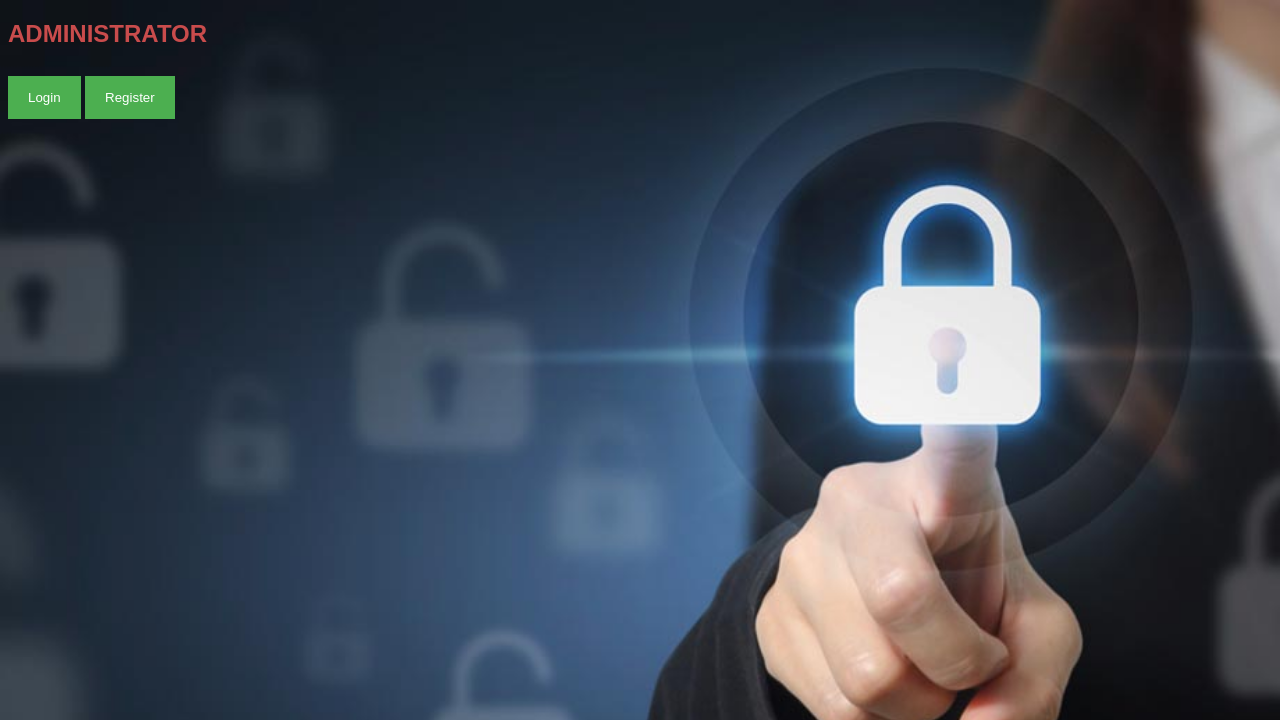
Repository: Malz6/DBMS-ActivityTracking
Page: dbs/WebContent/admin.html
These files come from the project's save history. The page is drawn as it stood at one moment and after the next save; the edit follows.
The browser window is 1280 px wide. The pictures show the whole page.

Above is the page before, as saved 2019-12-12 15:52:30.

### dbs/WebContent/admin.html
<!DOCTYPE html>
<html>
<head>
<meta name="viewport" content="width=device-width, initial-scale=1">
<style>
body {font-family: Arial, Helvetica, sans-serif;background-image: url('3.jpg');
  	background-repeat: no-repeat;
 	background-attachment: fixed;
 	background-size: cover;
 	color: rgb(201, 76, 76);}
/* Full-width input fields */
input[type=text], input[type=password] {
  width: 100%;
  padding: 12px 20px;
  margin: 8px 0;
  display: inline-block;
  border: 1px solid #ccc;
  box-sizing: border-box;
}
/* Set a style for all buttons */
button {
  background-color: #4CAF50;
  color: white;
  padding: 14px 20px;
  margin: 8px 0;
  border: none;
  cursor: pointer;
  width: 100%;
}
button:hover {
  opacity: 0.8;
}
/* Extra styles for the cancel button */
.cancelbtn {
  width: auto;
  padding: 10px 18px;
  background-color: #f44336;
}
/* Center the image and position the close button */
.imgcontainer {
  text-align: center;
  margin: 24px 0 12px 0;
  position: relative;
}
img.avatar {
  width: 40%;
  border-radius: 50%;
}
.container {
  padding: 16px;
}
span.psw {
  float: right;
  padding-top: 16px;
}
/* The Modal (background) */
.modal {
  display: none; /* Hidden by default */
  position: fixed; /* Stay in place */
  z-index: 1; /* Sit on top */
  left: 0;
  top: 0;
  width: 100%; /* Full width */
  height: 100%; /* Full height */
  overflow: auto; /* Enable scroll if needed */
  background-color: rgb(0,0,0); /* Fallback color */
  background-color: rgba(0,0,0,0.4); /* Black w/ opacity */
  padding-top: 60px;
}
/* Modal Content/Box */
.modal-content {
  background-color: #fefefe;
  margin: 5% auto 15% auto; /* 5% from the top, 15% from the bottom and centered */
  border: 1px solid #888;
  width: 80%; /* Could be more or less, depending on screen size */
}
/* The Close Button (x) */
.close {
  position: absolute;
  right: 25px;
  top: 0;
  color: #000;
  font-size: 35px;
  font-weight: bold;
}
.close:hover,
.close:focus {
  color: red;
  cursor: pointer;
}
/* Add Zoom Animation */
.animate {
  -webkit-animation: animatezoom 0.6s;
  animation: animatezoom 0.6s
}
@-webkit-keyframes animatezoom {
  from {-webkit-transform: scale(0)}
  to {-webkit-transform: scale(1)}
}

@keyframes animatezoom {
  from {transform: scale(0)}
  to {transform: scale(1)}
}
/* Change styles for span and cancel button on extra small screens */
@media screen and (max-width: 300px) {
  span.psw {
     display: block;
     float: none;
  }
  .cancelbtn {
     width: 100%;
  }
}
</style>
</head>
<body>

<h2>ADMINISTRATOR</h2>

<button onclick="document.getElementById('id01').style.display='block'" style="width:auto;">Login</button>


<div id="id01" class="modal">

  <form class="modal-content animate" action="alog" method="post">
    <div class="imgcontainer">
      <span onclick="document.getElementById('id01').style.display='none'" class="close" title="Close Modal">&times;</span>
      <img src="ticon.jpg" alt="Avatar" class="avatar">
    </div>

    <div class="container">
      <label for="uname"><b>Username</b></label>
      <input type="text" placeholder="Enter ID" name="id" required>

      <label for="psw"><b>Password</b></label>
      <input type="password" placeholder="YYYY-MM-DD" name="psw" required>

      <button type="submit">Login</button>

    </div>

    <div class="container" style="background-color:#f1f1f1">
      <button type="button" onclick="document.getElementById('id01').style.display='none'" class="cancelbtn">Cancel</button>

    </div>
  </form>
</div>



<button onclick="document.getElementById('id02').style.display='block'" style="width:auto;">Register</button>

<div id="id02" class="modal">

  <form class="modal-content animate" action="areg" method="post">
  <div class="imgcontainer">
      <span onclick="document.getElementById('id02').style.display='none'" class="close" title="Close Modal">&times;</span>

    <div class="container">
    <h1>Register</h1>
    <p>Please fill in this form to create an account.</p>
    <hr>

    <label for=""><b>ID</b></label>
    <input type="text" placeholder="eg : 1MS17CS017" name="id" required>

    <label for=""><b>First Name</b></label>
    <input type="text" placeholder="eg : Mike" name="fname" required>

    <label for=""><b>Last Name</b></label>
    <input type="text" placeholder="eg : Hannigan" name="lname" required>

    <label for=""><b>Sex</b></label>
    <input type="text" placeholder="Enter F or M " name="sex" required>

<label for=""><b>Designation</b></label>
    <input type="text" placeholder="Enter designation" name="des" required>

    <label for=""><b>Mobile Number</b></label>
    <input type="text" placeholder="Enter mobile number" name="num" required>

    <label for="email"><b>Email</b></label>
    <input type="text" placeholder="Enter Email" name="email" required>

    <label for="psw"><b>Password</b></label>
    <input type="password" placeholder="Enter date of birth eg : dd-mm-yyyy" name="psw" required>
    <hr>

    <button type="submit" class="registerbtn">Register</button>
  </div>

  <div class="container" style="background-color:#f1f1f1">
      <button type="button" onclick="document.getElementById('id02').style.display='none'" class="cancelbtn">Cancel</button>

    </div>
  </form>
</div>



<script>
// Get the modal
var modal = document.getElementById('id01','id02');
// When the user clicks anywhere outside of the modal, close it
window.onclick = function(event) {
    if (event.target == modal) {
        modal.style.display = "none";
    }
}
</script>

</body>
</html>

After the next save:
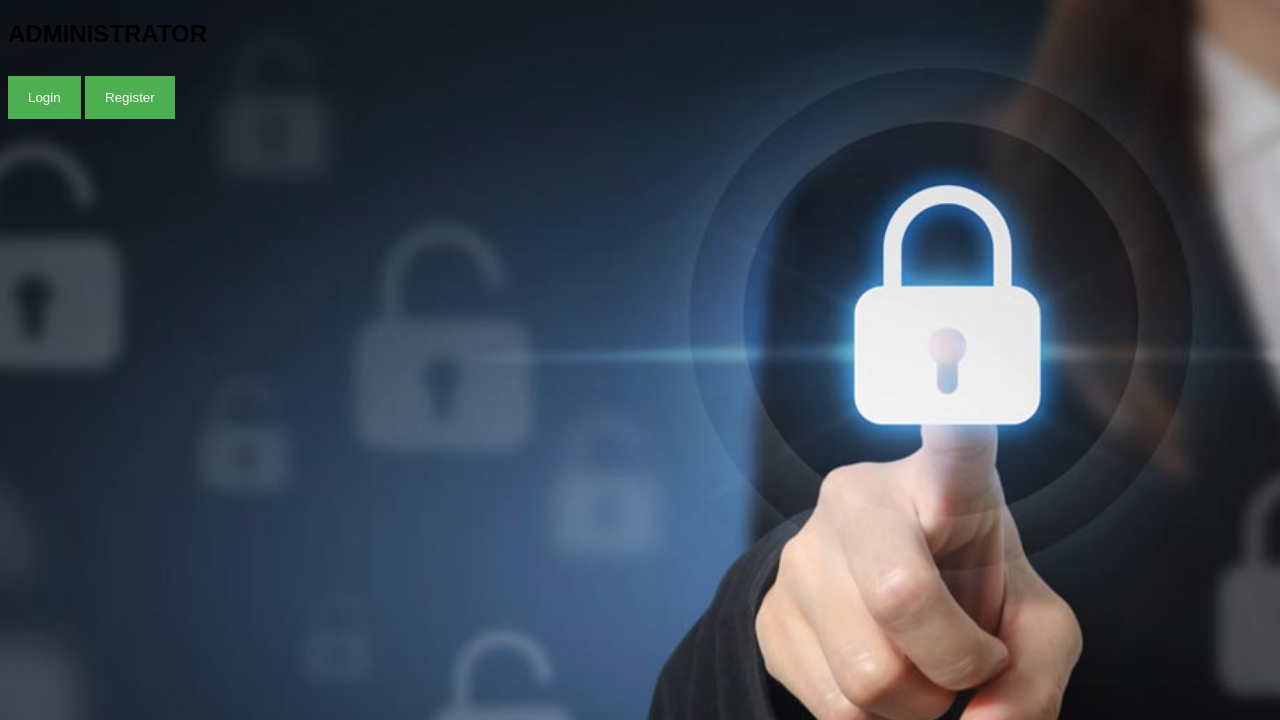
Saved 36 s later.
--- a/dbs/WebContent/admin.html
+++ b/dbs/WebContent/admin.html
@@ -7,7 +7,7 @@ body {font-family: Arial, Helvetica, sans-serif;background-image: url('3.jpg');
   	background-repeat: no-repeat;
  	background-attachment: fixed;
  	background-size: cover;
- 	color: rgb(201, 76, 76);}
+ 	color:black;}
 /* Full-width input fields */
 input[type=text], input[type=password] {
   width: 100%;
